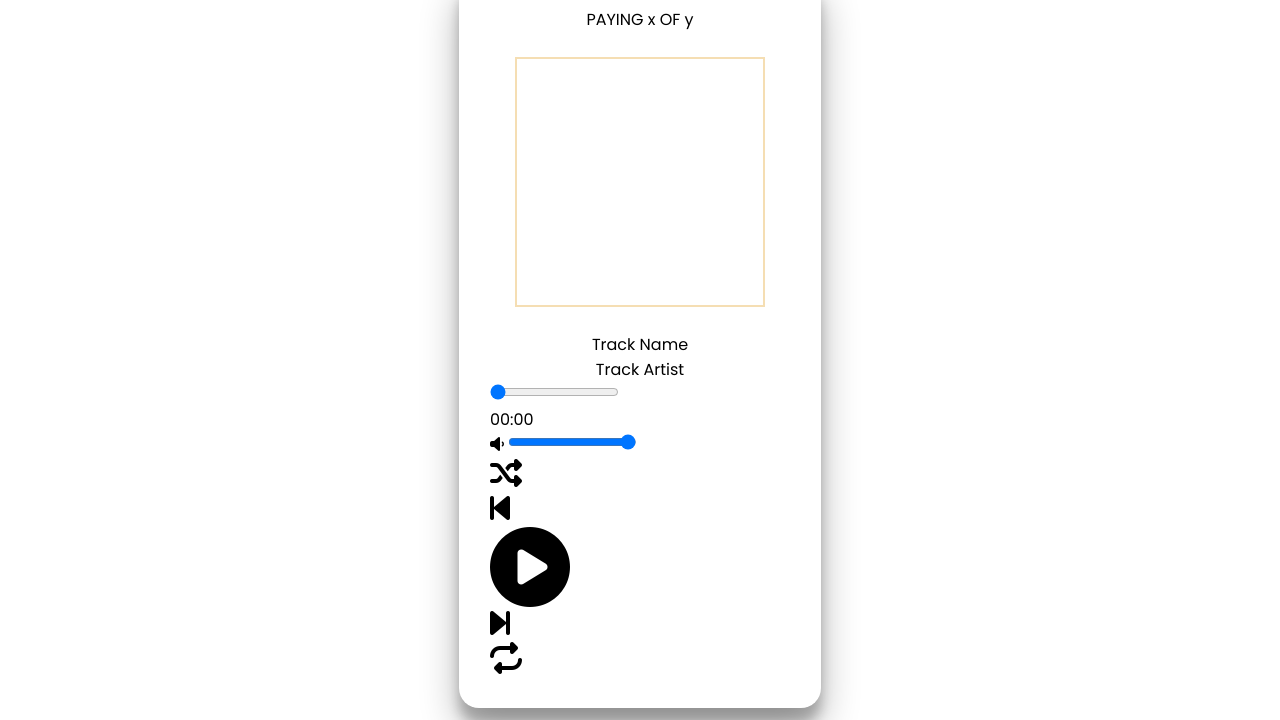
Repository: NguyenVietPhuQuy/Javascript-AudioPlayer
Page: index.html
These files come from the project's save history. The page is drawn as it stood at one moment and after the next save; the edit follows.
The browser window is 1280 px wide. The pictures show the whole page.

Above is the page before, as saved 2022-11-09 08:25:54.

### index.html
<!DOCTYPE html>
<html lang="en">
<head>
    <meta charset="UTF-8">
    <meta http-equiv="X-UA-Compatible" content="IE=edge">
    <meta name="viewport" content="width=device-width, initial-scale=1.0">
    <title>Music Player</title>
    <!--Font-Awesome-->
    <link rel="stylesheet" href="https://cdnjs.cloudflare.com/ajax/libs/font-awesome/6.2.0/css/all.min.css">
    <!--Css-->
    <link rel="stylesheet" href="index.css">
</head>
<body>
    <div class="player">
        <div class="wrapper">
            <div class="details">
                <div class="now-playing">PAYING x OF y</div>
                <div class="track-art"></div>
                <div class="track-name">Track Name</div>
                <div class="track-artist">Track Artist</div>
            </div>

            <div class="slider_container">
                <div class="current-time"></div>
                <input type="range" min="1" max="100" value="0"
                class="seek_slider" onchange="seekTo()">
                <div class="total-duration">00:00</div>
            </div>

            <div class="slider_container">
                <i class="fa fa-volume-down"></i>
                <input type="range" min="1" max="100" value="99"
                class="volume_slider" onchange="setVolume()">
            </div>

            <div class="buttons">
                <div class="random-track">
                    <i class="fas fa-random fa-2x" title="random"
                    onclick="randomTrack()"></i>
                </div>

                <div class="prev-track">
                    <i class="fas fa-step-backward fa-2x"
                    onclick="prevTrack()"></i>
                </div>

                <div class="playerpause-track">
                    <i class="fas fa-play-circle fa-5x"
                    onclick="playPauseTrack()"></i>
                </div>

                <div class="next-track">
                    <i class="fas fa-step-forward fa-2x"
                    onclick="nextTrack()"></i>
                </div>

                <div class="repeat-track">
                    <i class="fas fa-repeat fa-2x" title="repeat"
                    onclick="repeatTrack()"></i>
                </div>
            </div>

            <div id="wave">
                <span class="stroke"></span>
                <span class="stroke"></span>
                <span class="stroke"></span>
                <span class="stroke"></span>
                <span class="stroke"></span>
                <span class="stroke"></span>
                <span class="stroke"></span>
            </div>
        </div>
    </div>
    <!--Main-->
    <script src="index.js"></script>
</body>
</html>

### index.css
/*Font Google and base*/
@import url('https://fonts.googleapis.com/css2?family=Poppins&display=swap');
*{
    font-family: 'Poppins',sans-serif;
    box-sizing: border-box;
    margin: 0 auto;
}
img{
    width: 100%;
}
/*Main*/
.player{
    height: 95vh;
    display: flex;
    align-items: center;
    flex-direction: column;
    justify-content: center;
}
.wrapper{
    border: 1px solid transparent;
    padding: 30px;
    border-radius: 20px;
    box-shadow: rgba(0, 0, 0, 0.3) 0 19px 38px, rgba(0, 0, 0, 0.22) 0 15px 12px
}
.details{
    display: flex;
    align-items: center;
    flex-direction: column;
    justify-content: center;
}
.track-art{
    margin: 25px;
    height: 250px;
    width: 250px;
    border: 2px solid wheat;
    background-size: cover;
    background-position: center;
}

Loaded but not shown: index.js (no copy from this time; the picture is the same without it)

After the next save:
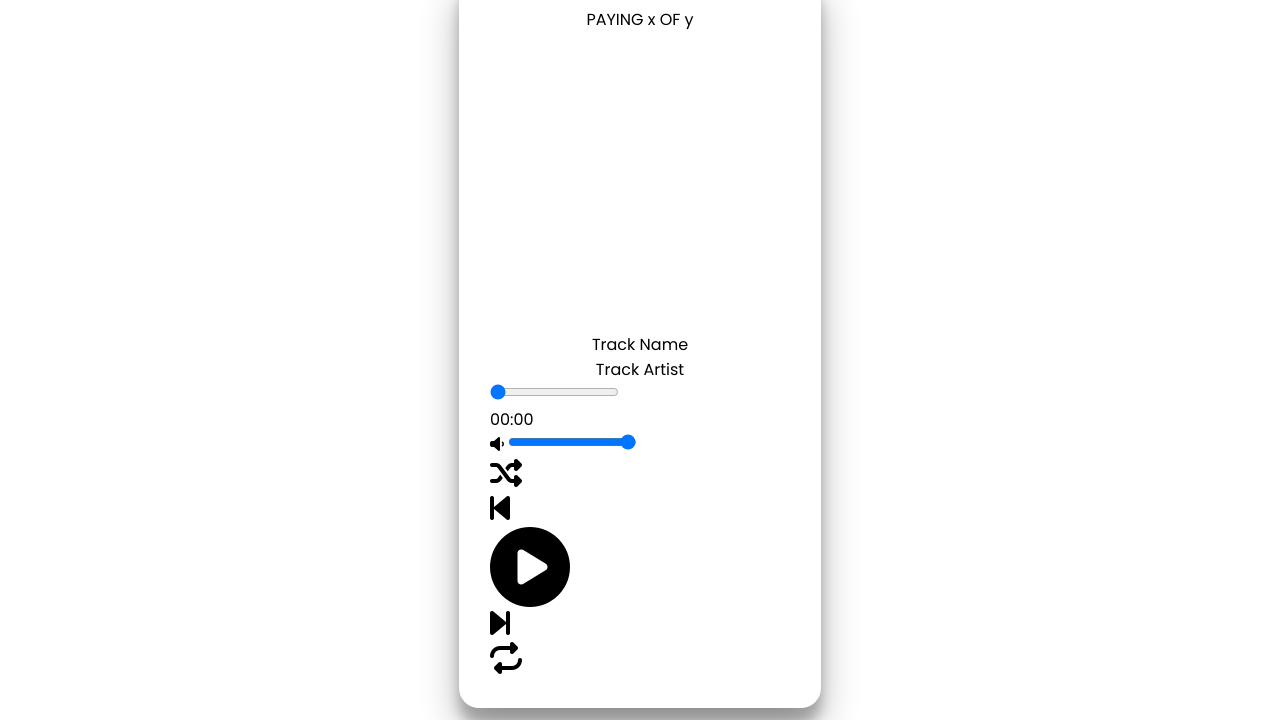
Saved 38 s later.
--- a/index.css
+++ b/index.css
@@ -32,7 +32,7 @@ img{
     margin: 25px;
     height: 250px;
     width: 250px;
-    border: 2px solid wheat;
+    border: 2px solid #fff;
     background-size: cover;
     background-position: center;
 }
